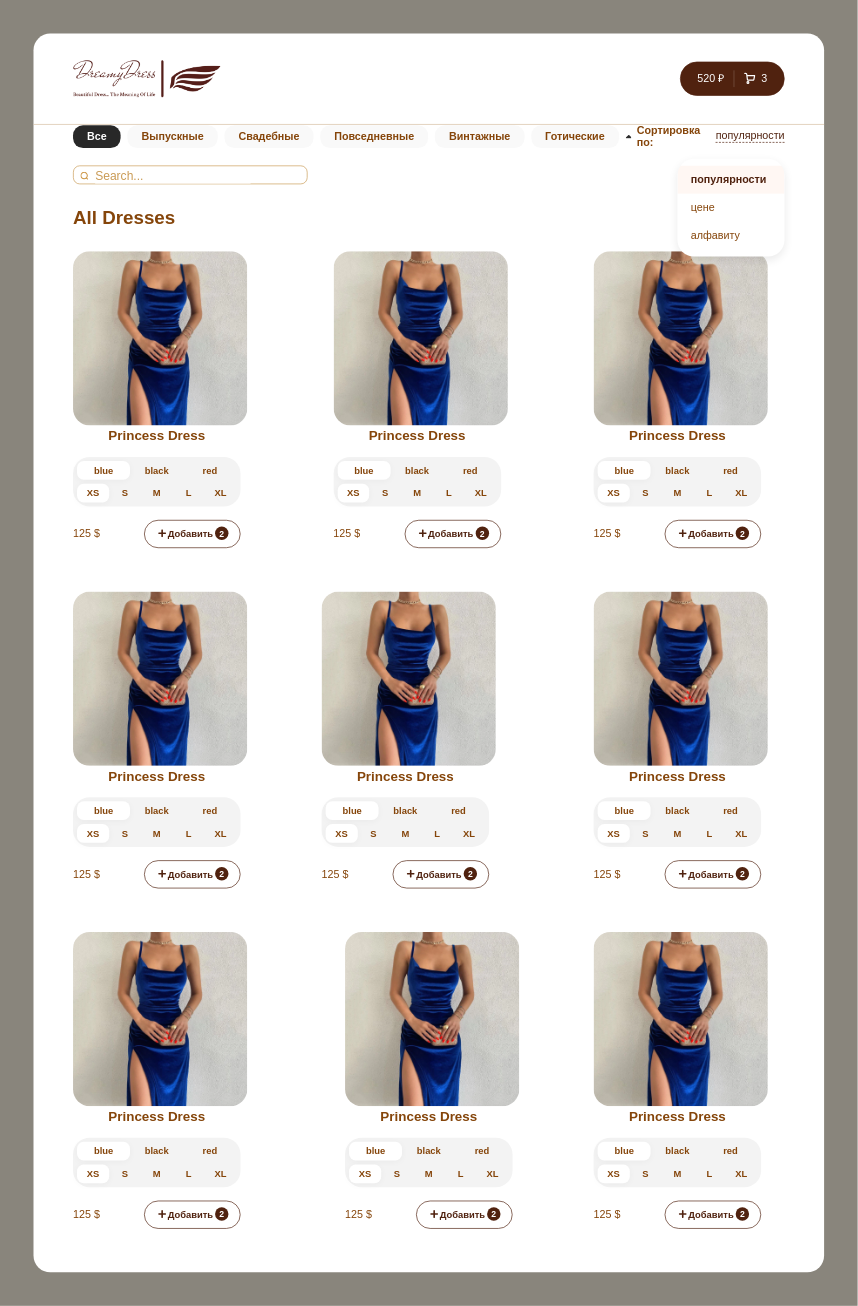
Repository: DisasterWoman/SPA-shop
Page: /
These files come from the project's save history. The page is drawn as it stood at one moment and after the next save; the edit follows.
The browser window is 1280 px wide. The pictures show the whole page, at 67% of full size.
Some web fonts or font styles are not loaded; a fallback is used. The project was rebuilt for these pictures with package versions that can differ from the ones it lists, and the page was loaded fresh each time.

Above is the page before, as saved 2022-11-29 18:17:58.

### src/App.js
import './scss/app.scss';
import Categories from './components/Categories/Categories';
import DressBlock from './components/DressBlock/DressBlock';
import Header from './components/Header/Header';
import Sort from './components/Sort/Sort';
import SearchBar from './components/SearchBar/SearchBar';

function App() {
  return (
    <div className="wrapper">
      <Header />
      <div className="content">
        <div className="container">
          <div className="content__top">
            <Categories />
            <Sort />
          </div>
          <SearchBar />
          <h2 className="content__title">All Dresses</h2>
          <div className="content__items">
            <DressBlock />
            <DressBlock />
            <DressBlock />
            <DressBlock />
            <DressBlock />
            <DressBlock />
            <DressBlock />
            <DressBlock />
            <DressBlock />
          </div>
        </div>
      </div>
    </div>
  );
}

export default App;

### src/scss/app.scss
@import 'variables.scss';
@import './libs/normalize.scss';
@import './all';

body {
  background-color: $background;
}

.wrapper {
  width: calc(100vw - 100px);
  height: 100%;
  background-color: #fff;
  margin: 50px auto;
  border-radius: 25px;
  max-width: 1400px;
}

.content {
  //padding: 40px 0;

  &__title {
    margin: 35px 0;
  }

  &__items {
    display: flex;
    flex-wrap: wrap;
    justify-content: space-between;
  }

  &__top {
    display: flex;
    align-items: center;
    justify-content: space-between;
  }
}

.container {
  width: $container-width;
  margin: 0 auto;

  &--cart {
    max-width: 820px;
    margin: 90px auto;
    .content__title {
      margin: 0;
    }
  }
}

.cart {
  &__top {
    display: flex;
    justify-content: space-between;
    align-items: center;
  }

  .content__title {
    display: flex;
    align-items: center;
    font-size: 32px;

    svg {
      position: relative;
      top: -2px;
      width: 30px;
      height: 30px;
      margin-right: 10px;
      path {
        stroke: $black;
        strokewidth: 1.9;
      }
    }
  }

  &__clear {
    display: flex;
    align-items: center;
    cursor: pointer;
    @include noselect();

    span {
      display: inline-block;
      margin-left: 7px;
      color: #b6b6b6;
      font-size: 18px;
    }

    span,
    svg,
    path {
      transition: all $duration ease-in-out;
    }

    &:hover {
      svg {
        path {
          stroke: darken($color: #b6b6b6, $amount: 50);
        }
      }
      span {
        color: darken($color: #b6b6b6, $amount: 50);
      }
    }
  }

  &__item {
    display: flex;
    width: 100%;
    border-top: 1px solid $gray-line;
    padding-top: 30px;
    margin-top: 30px;

    &-img {
      display: flex;
      align-items: center;
      margin-right: 15px;
      width: 10%;

      img {
        width: 80px;
        height: 80px;
      }
    }

    &-info {
      display: flex;
      flex-direction: column;
      justify-content: center;
      width: 40%;

      h3 {
        font-weight: bold;
        font-size: 22px;
        line-height: 27px;
        letter-spacing: 0.01em;
      }

      p {
        font-size: 18px;
        color: #8d8d8d;
      }
    }

    &-count {
      display: flex;
      align-items: center;
      justify-content: space-between;
      width: 13%;

      &-minus {
        svg {
          path:first-of-type {
            display: none;
          }
        }
      }

      b {
        font-size: 22px;
      }
    }

    &-price {
      display: flex;
      align-items: center;
      justify-content: center;
      width: 33%;

      b {
        font-weight: bold;
        font-size: 22px;
        letter-spacing: 0.01em;
      }
    }

    &-remove {
      display: flex;
      align-items: center;
      justify-content: flex-end;
      width: 4%;

      .button {
        border-color: darken($color: $gray-line, $amount: 10);
      }

      svg {
        transform: rotate(45deg);

        path {
          fill: darken($color: $gray-line, $amount: 15);
        }
      }

      .button {
        svg {
          width: 11.5px;
          height: 11.5px;
          position: relative;
        }
        &:hover,
        &:active {
          border-color: darken($color: $gray-line, $amount: 80);
          background-color: darken($color: $gray-line, $amount: 80);
        }
      }
    }
  }

  &__bottom {
    margin: 50px 0;

    &-details {
      display: flex;
      justify-content: space-between;

      span {
        font-size: 22px;

        &:last-of-type {
          b {
            color: $brown;
          }
        }
      }
    }

    &-buttons {
      display: flex;
      justify-content: space-between;
      margin-top: 40px;

      .go-back-btn {
        display: flex;
        align-items: center;
        justify-content: center;
        width: 210px;

        border-color: darken($color: $gray-line, $amount: 10);

        span {
          color: darken($color: $gray-line, $amount: 20);
          font-weight: 500;
          font-weight: 600;
        }

        &:hover {
          background-color: darken($color: $gray-line, $amount: 90);
          border-color: darken($color: $gray-line, $amount: 90);

          span {
            color: $gray-line;
          }
        }

        svg {
          margin-right: 12px;
          path {
            fill: transparent;
            strokewidth: 2;
          }
        }
      }

      .pay-btn {
        font-size: 16px;
        font-weight: 600;
        width: 210px;
        padding: 16px;
      }
    }
  }

  &--empty {
    margin: 0 auto;
    width: 560px;
    text-align: center;

    h2 {
      font-size: 32px;
      margin-bottom: 10px;
    }

    p {
      font-size: 18px;
      line-height: 145.4%;
      letter-spacing: 0.01em;
      color: #777777;
    }

    icon {
      position: relative;
      top: 2px;
    }

    img {
      display: block;
      width: 300px;
      margin: 45px auto 60px;
    }

    .button--black {
      padding: 12px 0 14px;
      width: 230px;
      margin: 0 auto;
      font-weight: 600;
      font-size: 18px;
    }
  }
}

### src/components/Categories/Categories.jsx
import React from 'react';

function Categories() {
  return (
    <div className="categories">
      <ul>
        <li className="active">Все</li>
        <li>Выпускные</li>
        <li>Свадебные</li>
        <li>Повседневные</li>
        <li>Винтажные</li>
        <li>Готические</li>
      </ul>
    </div>
  );
}

export default Categories;

### src/components/DressBlock/DressBlock.jsx
import React from 'react';
import { Button } from '../Button/Button';
import './_dress-block.scss';

function DressBlock() {
  return (
    <div className="dress-block">
      <img className="dress-block__image" src="/images/dresses/dress0-blue.webp" alt="Dress" />
      <h4 className="dress-block__title">Princess Dress</h4>
      <div className="dress-block__selector">
        <ul>
          <li className="active">blue</li>
          <li>black</li>
          <li>red</li>
        </ul>
        <ul>
          <li className="active">XS</li>
          <li>S</li>
          <li>M</li>
          <li>L</li>
          <li>XL</li>
        </ul>
      </div>
      <div className="dress-block__bottom">
        <div className="dress-blockk__price">125 $</div>
        <Button/>
      </div>
    </div>
  );
}

export default DressBlock;

### src/components/Header/Header.jsx
import React from 'react';
import './_header.scss';
function Header() {
  return (
    <div className="header">
      <div className="container">
        <div className="header__logo">
          <img width="220" src="/dreamy-dress.png" alt="logo" />
          <div></div>
        </div>
        <div className="header__cart">
          <a href="/cart.html" className="button button--cart">
            <span>520 ₽</span>
            <div className="button__delimiter"></div>
            <svg
              width="18"
              height="18"
              viewBox="0 0 18 18"
              fill="none"
              xmlns="http://www.w3.org/2000/svg"
            >
              <path
                d="M6.33333 16.3333C7.06971 16.3333 7.66667 15.7364 7.66667 15C7.66667 14.2636 7.06971 13.6667 6.33333 13.6667C5.59695 13.6667 5 14.2636 5 15C5 15.7364 5.59695 16.3333 6.33333 16.3333Z"
                stroke="white"
                strokeWidth="1.8"
                strokeLinecap="round"
                strokeLinejoin="round"
              />
              <path stroke="white" strokeWidth="1.8" strokeLinecap="round" strokeLinejoin="round" />
              <path
                d="M4.78002 4.99999H16.3334L15.2134 10.5933C15.1524 10.9003 14.9854 11.176 14.7417 11.3722C14.4979 11.5684 14.1929 11.6727 13.88 11.6667H6.83335C6.50781 11.6694 6.1925 11.553 5.94689 11.3393C5.70128 11.1256 5.54233 10.8295 5.50002 10.5067L4.48669 2.82666C4.44466 2.50615 4.28764 2.21182 4.04482 1.99844C3.80201 1.78505 3.48994 1.66715 3.16669 1.66666H1.66669"
                stroke="white"
                strokeWidth="1.8"
                strokeLinecap="round"
                strokeLinejoin="round"
              />
            </svg>
            <span>3</span>
          </a>
        </div>
      </div>
    </div>
  );
}

export default Header;

### src/components/Sort/Sort.jsx
import React from 'react';
import './_sort.scss';

function Sort() {
  return (
    <div className="sort">
      <div className="sort__label">
        <svg
          width="10"
          height="6"
          viewBox="0 0 10 6"
          fill="none"
          xmlns="http://www.w3.org/2000/svg"
        >
          <path
            d="M10 5C10 5.16927 9.93815 5.31576 9.81445 5.43945C9.69075 5.56315 9.54427 5.625 9.375 5.625H0.625C0.455729 5.625 0.309245 5.56315 0.185547 5.43945C0.061849 5.31576 0 5.16927 0 5C0 4.83073 0.061849 4.68424 0.185547 4.56055L4.56055 0.185547C4.68424 0.061849 4.83073 0 5 0C5.16927 0 5.31576 0.061849 5.43945 0.185547L9.81445 4.56055C9.93815 4.68424 10 4.83073 10 5Z"
            fill="#2C2C2C"
          />
        </svg>
        <b>Сортировка по:</b>
        <span>популярности</span>
      </div>
      <div className="sort__popup">
        <ul>
          <li className="active">популярности</li>
          <li>цене</li>
          <li>алфавиту</li>
        </ul>
      </div>
    </div>
  );
}

export default Sort;

### src/components/SearchBar/SearchBar.jsx
import React, {useState}  from 'react'
import './_searchBar.scss';
function SearchBar() {
  return (
    <div className="search-bar">
      <img
        className="search-bar__icon"
        alt="search"
        src="images/icons/search.svg"
        width={12}
        height={13}
      ></img>
      <input
        placeholder="Search..."
      ></input>
    </div>
  );
}

export default SearchBar

### src/scss/_variables.scss
$black: #85450a;
$background: #89857c;
$gray-line: #d5bda1;
$brown: #50220f;

$container-width: 90%;

$duration: 0.15s;

### src/scss/libs/_normalize.scss
@import url('https://fonts.googleapis.com/css2?family=Anek+Devanagari&display=swap');

*{
  padding: 0;
  margin: 0;
  list-style: none;
  outline: none;
  font-family: 'Anek Devanagari', sans-serif;
  box-sizing: border-box;
}

html {
  -ms-text-size-adjust: 100%;
  -webkit-text-size-adjust: 100%;
}

body {
  -moz-osx-font-smoothing: grayscale;
  -webkit-font-smoothing: antialiased;
  color: $black;
}

a,
span,
p,
b,
h1,
h2,
h3,
h4,
h5 {
  color: $black;
}

h1 {
  font-size: 48px;
}

h2 {
  font-weight: 600;
  font-size: 28px;
  line-height: 30px;
}

a {
  text-decoration: none;
}

@mixin noselect {
  -webkit-touch-callout: none; /* iOS Safari */
  -webkit-user-select: none; /* Safari */
  -khtml-user-select: none; /* Konqueror HTML */
  -moz-user-select: none; /* Old versions of Firefox */
  -ms-user-select: none; /* Internet Explorer/Edge */
  user-select: none; /* Non-prefixed version, currently
                                  supported by Chrome, Opera and Firefox */
}

### src/scss/_all.scss
@import '../components/Header/Header';
@import '../components/Button/button';
@import '../components/Categories/Categories';
@import '../components/Sort/Sort';
@import '../components/DressBlock/dress-block';

### src/components/Header/_header.scss
@import '../../../src/scss/variables';

.header {
  border-bottom: 1px solid $gray-line;
  padding: 40px 0;

  .container {
    display: flex;
    align-items: center;
    justify-content: space-between;
  }

  &__logo {
    display: flex;

    img {
      margin-right: 15px;
    }

    h1 {
      color: #181818;
      font-size: 24px;
      letter-spacing: 1%;
      text-transform: uppercase;
      font-weight: 800;
    }

    p {
      color: #7b7b7b;
    }
  }
}

### src/components/Button/_button.scss
@import '../../../src/scss/variables';

.button {
  display: inline-block;
  background-color: $brown;
  border-radius: 25px;
  padding: 10px 20px;
  min-width: 100px;
  text-align: center;
  cursor: pointer;
  transition: background-color $duration ease-in-out, border-color $duration ease-in-out;
  border: 1px solid transparent;

  &,
  span {
    color: #fff;
  }

  i,
  span,
  path,
  svg {
    transition: all $duration ease-in-out;
  }

  &:hover {
    background-color: darken($brown, 8%);
  }

  &:active {
    background-color: darken($brown, 12%);
    transform: translateY(1px);
  }

  &--circle {
    display: flex;
    align-items: center;
    justify-content: center;
    width: 30px;
    height: 30px;
    min-width: 30px;
    padding: 0;
    border-width: 2px;
  }

  &--black {
    background-color: $black;

    &:hover,
    &:active {
      background-color: lighten($color: $black, $amount: 10);
    }
  }

  &--outline {
    background-color: #fff;
    border-color: $brown;
    &,
    span {
      color: $brown;
    }

    svg {
      path {
        fill: $brown;
      }
    }

    &:hover {
      background-color: $brown;

      &,
      span {
        color: #fff;
      }

      svg {
        path {
          fill: #fff;
        }
      }
    }

    &:active {
      background-color: darken($brown, 8%);
    }
  }

  &__delimiter {
    width: 1px;
    height: 25px;
    background-color: rgba(255, 255, 255, 0.25);
    margin-left: 14px;
    margin-right: 14px;
  }

  &--add {
    svg {
      margin-right: 2px;
    }

    span {
      font-weight: 600;
      font-size: 14px;
    }

    &:hover {
      i {
        background-color: #fff;
        color: $brown;
      }
    }

    i {
      display: inline-block;
      border-radius: 30px;
      background-color: $brown;
      color: #fff;
      font-weight: 600;
      width: 20px;
      height: 20px;
      font-style: normal;
      font-size: 13px;
      line-height: 22px;
      position: relative;
      top: -1px;
      left: 3px;
    }
  }

  &--cart {
    display: flex;
    align-items: center;
    line-height: 23px;
    padding: 12px 25px;
    border-color: $brown;

    svg {
      margin-right: 8px;
      margin-bottom: 1px;
    }

    span {
      font-weight: 500;
      font-size: 16px;
    }
  }
}

### src/components/Categories/_categories.scss
@import '../../../src/scss/variables';

.categories {
  ul {
    display: flex;

    li {
      background-color: #f9f9f9;
      padding: 8px 21px;
      border-radius: 15px;
      margin-right: 10px;
      font-weight: bold;
      cursor: pointer;
      transition: background-color 0.1s ease-in-out;
      @include noselect();

      &:hover {
        background-color: darken(#f9f9f9, 2%);
      }

      &:active {
        background-color: darken(#f9f9f9, 5%);
      }

      &.active {
        background-color: #282828;
        color: #fff;
      }
    }
  }
}

### src/components/Sort/_sort.scss
@import '../../../src/scss/variables';

.sort {
  position: relative;
  &__label {
    display: flex;
    align-items: center;

    svg {
      margin-right: 8px;
    }

    b {
      margin-right: 8px;
    }

    span {
      color: $brown;
      border-bottom: 1px dashed $brown;
      cursor: pointer;
    }
  }

  &__popup {
    position: absolute;
    right: 0;
    margin-top: 15px;
    background: #ffffff;
    box-shadow: 0px 5px 15px rgba(0, 0, 0, 0.09);
    border-radius: 25px;
    overflow: hidden;
    padding: 10px 0;
    width: 160px;

    ul {
      overflow: hidden;
      li {
        padding: 12px 20px;
        cursor: pointer;

        &.active,
        &:hover {
          background: rgba(254, 95, 30, 0.05);
        }

        &.active {
          font-weight: bold;
          color: $brown;
        }
      }
    }
  }
}

### src/components/DressBlock/_dress-block.scss
@import '../../../src/scss/variables';

.dress-block {
  width: 250px;
  text-align: center;
  margin-bottom: 65px;

  &:not(:nth-of-type(4n)) {
    margin-right: 35px;
  }

  &__image {
    border-radius: 25px;
    width: 260px;
  }

  &__title {
    font-size: 20px;
    font-weight: 900;
    letter-spacing: 1%;
    margin-bottom: 20px;
  }

  &__selector {
    display: flex;
    background-color: #f3f3f3;
    border-radius: 25px;
    flex-direction: column;
    padding: 6px;

    ul {
      display: flex;
      flex: 1;

      &:first-of-type {
        margin-bottom: 6px;
      }

      li {
        padding: 6px;
        flex: 1;
        cursor: pointer;
        font-weight: 600;
        font-size: 14px;
        &.active {
          background: #ffffff;
          box-shadow: 0px 2px 11px rgba(0, 0, 0, 0.04);
          border-radius: 10px;
          cursor: auto;
        }
      }
    }
  }

  &__bottom {
    display: flex;
    align-items: center;
    justify-content: space-between;
    margin-top: 20px;
  }

  &__price {
    font-weight: bold;
    font-size: 22px;
    line-height: 27px;
    letter-spacing: 0.015em;
  }
}

### src/components/Button/Button.jsx
export const Button = () => {
    return (
      <div className="button button--outline button--add">
        <svg
          width="12"
          height="12"
          viewBox="0 0 12 12"
          fill="none"
          xmlns="http://www.w3.org/2000/svg"
        >
          <path
            d="M10.8 4.8H7.2V1.2C7.2 0.5373 6.6627 0 6 0C5.3373 0 4.8 0.5373 4.8 1.2V4.8H1.2C0.5373 4.8 0 5.3373 0 6C0 6.6627 0.5373 7.2 1.2 7.2H4.8V10.8C4.8 11.4627 5.3373 12 6 12C6.6627 12 7.2 11.4627 7.2 10.8V7.2H10.8C11.4627 7.2 12 6.6627 12 6C12 5.3373 11.4627 4.8 10.8 4.8Z"
            fill="white"
          />
        </svg>
        <span>Добавить</span>
        <i>2</i>
      </div>
    );
}

### src/components/SearchBar/_searchBar.scss
@import '../../../src/scss/variables';

.search-bar{
   width: 350px;
  margin-top: 25px;
  border: 1px solid #CA9B55;
  border-radius: 10px;
  padding: 0 10px;
  position: relative;
  &__icon{
    margin-right: 10px;
    margin-top: 8px;
  }
  input{
    font-size: 18px;
    outline-offset: 0;
    outline: none;
    border: none;
    color: #7e4e05;
  }
     ::placeholder {
      color: #CA9B55;
      opacity: 1;
    }

}

Loaded but not shown: public/index.html (common file); src/index.js (common file)

After the next save:
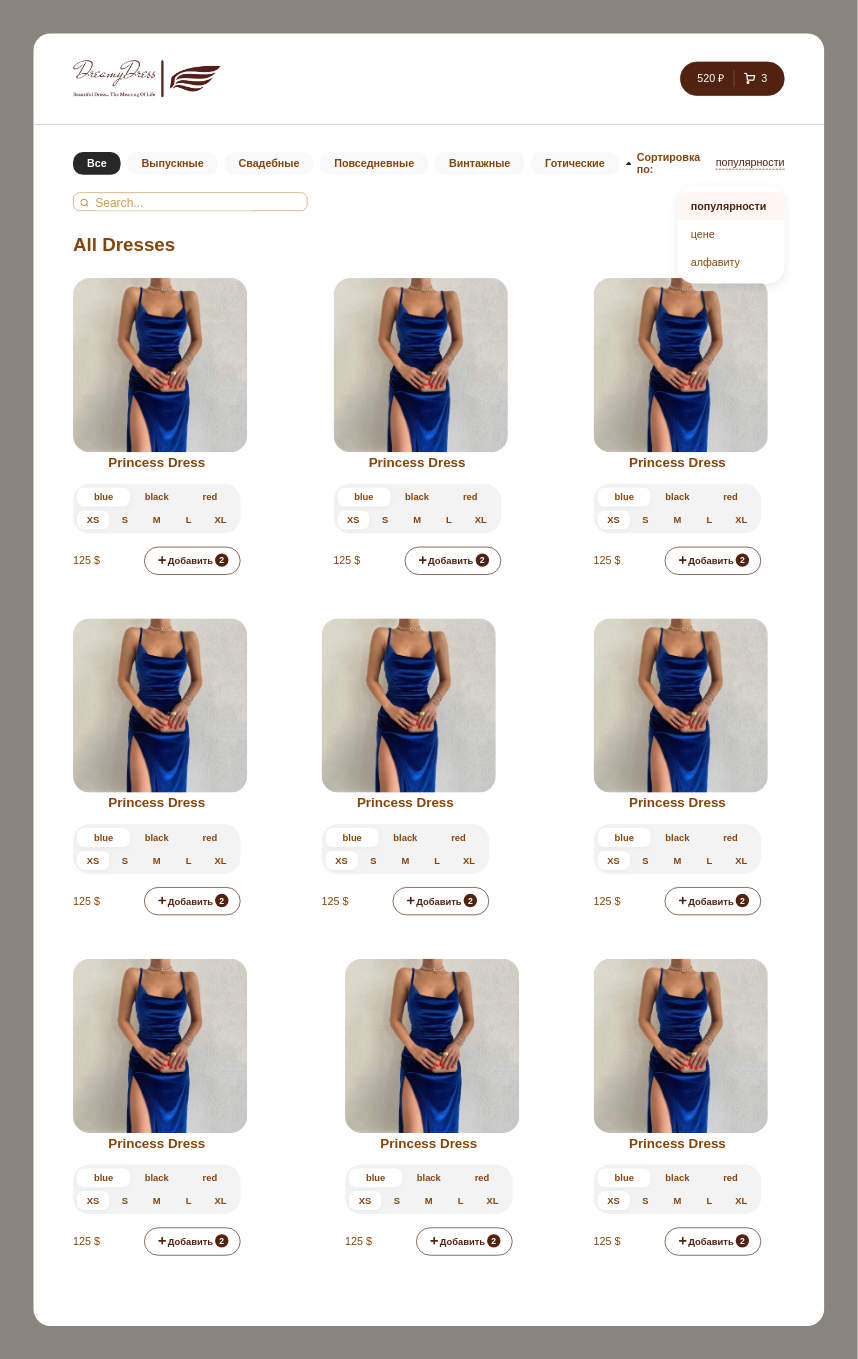
Saved 22 s later.
--- a/src/scss/app.scss
+++ b/src/scss/app.scss
@@ -16,7 +16,7 @@ body {
 }
 
 .content {
-  //padding: 40px 0;
+  padding: 40px 0;
 
   &__title {
     margin: 35px 0;
